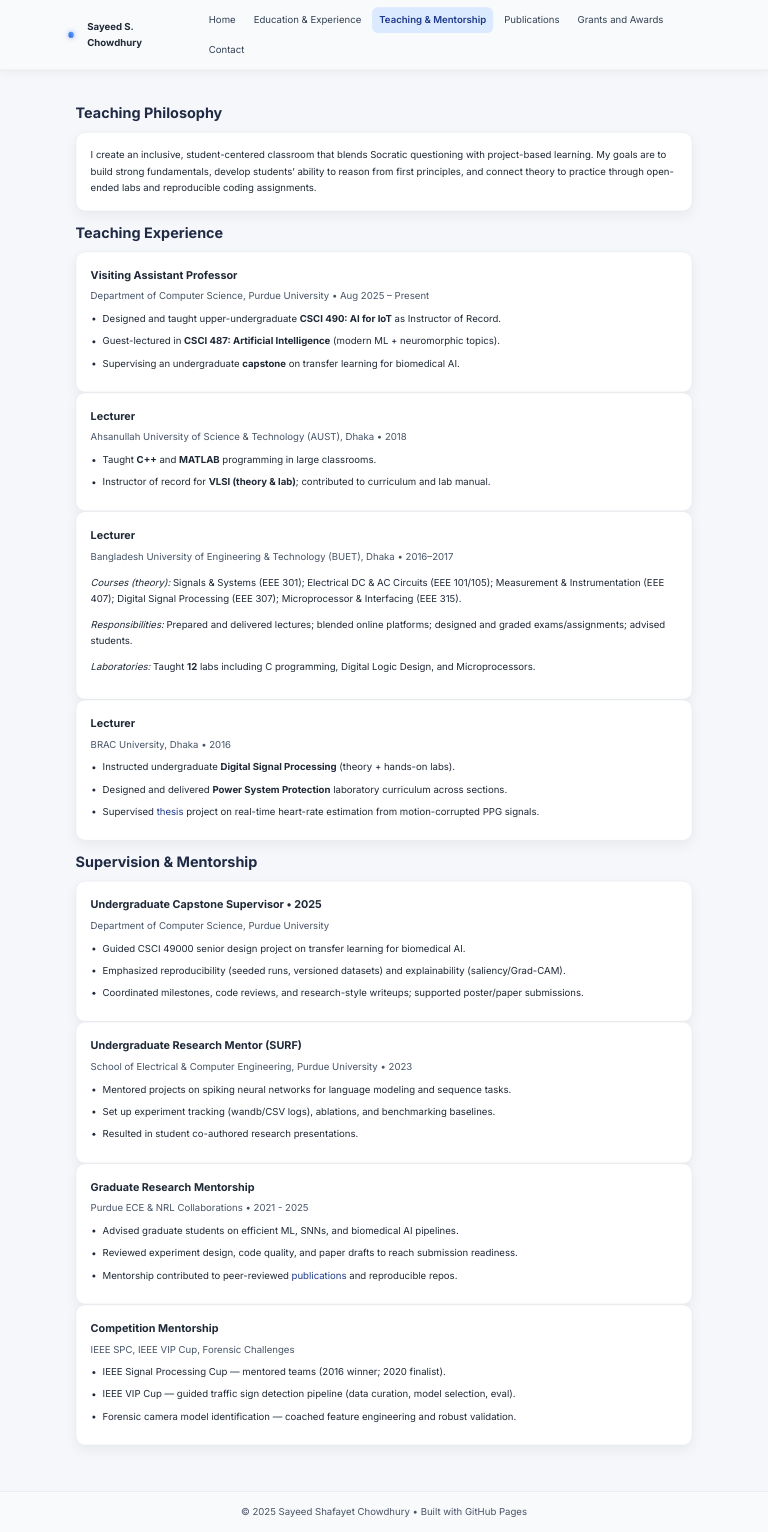
Repository: SayeedChowdhury/SayeedChowdhury.github.io
Page: teaching.html
The author's editor kept a copy of each file at every save. The page is drawn from the files as they stood at one save, then again after the next save.
The browser window is 1280 px wide. The pictures show the whole page, at 60% of full size.

Above is the page before, as saved 2025-08-13 10:54:06.

### teaching.html
<!doctype html>
<html lang="en">
<head>
  <meta charset="utf-8">
  <meta name="viewport" content="width=device-width, initial-scale=1">
  <title>Teaching & Mentorship • Sayeed S. Chowdhury</title>
  <link rel="preconnect" href="https://fonts.googleapis.com">
  <link rel="preconnect" href="https://fonts.gstatic.com" crossorigin>
  <link href="https://fonts.googleapis.com/css2?family=Inter:wght@400;600;700&display=swap" rel="stylesheet">
  <link rel="stylesheet" href="assets/style.css">
</head>
<body>
<div class="nav">
  <div class="inner container">
    <div class="brand"><span class="dot"></span> <a href="index.html" style="text-decoration:none;color:inherit;">Sayeed S. Chowdhury</a></div>
    <div style="margin-left:auto; display:flex; gap:6px; flex-wrap:wrap">
      <a href="index.html" class="">Home</a>
      <a href="edu-exp.html" class="">Education & Experience</a>
      <a href="teaching.html" class="active">Teaching & Mentorship</a>
      <!-- <a href="research.html" class="">Research</a> -->
      <a href="publications.html" class="">Publications</a>
      <a href="awards.html" class="">Grants and Awards</a>
      <a href="contact.html" class="">Contact</a>
    </div>
  </div>
</div>
<div class="container">

  <section class="section">
    <h2>Teaching Philosophy</h2>
    <div class="card">
      <p style="margin:0">
        I create an inclusive, student-centered classroom that blends Socratic questioning with project-based learning.
        My goals are to build strong fundamentals, develop students’ ability to reason from first principles, and connect
        theory to practice through open-ended labs and reproducible coding assignments.
      </p>
    </div>

    <h2>Teaching Experience</h2>

    <!-- Purdue — Visiting Assistant Professor -->
    <div class="card">
      <h3>Visiting Assistant Professor</h3>
      <div class="lead">Department of Computer Science, Purdue University • Aug&nbsp;2025 – Present</div>
      <ul class="list">
        <li>Designed and taught upper-undergraduate <strong>CSCI 490: AI for IoT</strong> as Instructor of Record.</li>
        <li>Guest-lectured in <strong>CSCI 487: Artificial Intelligence</strong> (modern ML + neuromorphic topics).</li>
        <li>Supervising an undergraduate <strong>capstone</strong> on transfer learning for biomedical AI.</li>
      </ul>
    </div>

    <!-- AUST -->
    <div class="card">
      <h3>Lecturer</h3>
      <div class="lead">Ahsanullah University of Science &amp; Technology (AUST), Dhaka • 2018</div>
      <ul class="list">
        <li>Taught <strong>C++</strong> and <strong>MATLAB</strong> programming in large classrooms.</li>
        <li>Instructor of record for <strong>VLSI (theory &amp; lab)</strong>; contributed to curriculum and lab manual.</li>
      </ul>
    </div>

    <!-- BUET -->
    <div class="card">
      <h3>Lecturer</h3>
      <div class="lead">Bangladesh University of Engineering &amp; Technology (BUET), Dhaka • 2016–2017</div>
      <p><em>Courses (theory):</em> Signals &amp; Systems (EEE 301); Electrical DC &amp; AC Circuits (EEE 101/105);
        Measurement &amp; Instrumentation (EEE 407); Digital Signal Processing (EEE 307);
        Microprocessor &amp; Interfacing (EEE 315).</p>
      <p><em>Responsibilities:</em> Prepared and delivered lectures; blended online platforms; designed and graded
        exams/assignments; advised students.</p>
      <p><em>Laboratories:</em> Taught <strong>12</strong> labs including C programming, Digital Logic Design, and Microprocessors.</p>
    </div>

    <!-- BRAC University -->
    <div class="card">
      <h3>Lecturer</h3>
      <div class="lead">BRAC University, Dhaka • 2016</div>
      <ul class="list">
        <li>Instructed undergraduate <strong>Digital Signal Processing</strong> (theory + hands-on labs).</li>
        <li>Designed and delivered <strong>Power System Protection</strong> laboratory curriculum across sections.</li>
        <li>Supervised <a href="https://dspace.bracu.ac.bd/xmlui/handle/10361/8610?show=full" target="_blank" rel="noopener">thesis</a> project on real-time heart-rate estimation from motion-corrupted PPG signals.</li>
      </ul>
    </div>

    <h2>Supervision &amp; Mentorship</h2>

    <!-- Undergraduate Capstone -->
    <div class="card">
      <h3>Undergraduate Capstone Supervisor • 2025</h3>
      <div class="lead">Department of Computer Science, Purdue University</div>
      <ul class="list">
        <li>Guided CSCI 49000 senior design project on transfer learning for biomedical AI.</li>
        <li>Emphasized reproducibility (seeded runs, versioned datasets) and explainability (saliency/Grad-CAM).</li>
        <li>Coordinated milestones, code reviews, and research-style writeups; supported poster/paper submissions.</li>
      </ul>
    </div>

    <!-- SURF Projects -->
    <div class="card">
      <h3>Undergraduate Research Mentor (SURF)</h3>
      <div class="lead">School of Electrical &amp; Computer Engineering, Purdue University • 2023</div>
      <ul class="list">
        <li>Mentored projects on spiking neural networks for language modeling and sequence tasks.</li>
        <li>Set up experiment tracking (wandb/CSV logs), ablations, and benchmarking baselines.</li>
        <li>Resulted in student co-authored research presentations.</li>
      </ul>
    </div>

    <!-- Graduate Mentorship -->
    <div class="card">
      <h3>Graduate Research Mentorship</h3>
      <div class="lead">Purdue ECE &amp; NRL Collaborations • 2021 - 2025</div>
      <ul class="list">
        <li>Advised graduate students on efficient ML, SNNs, and biomedical AI pipelines.</li>
        <li>Reviewed experiment design, code quality, and paper drafts to reach submission readiness.</li>
        <li>Mentorship contributed to peer-reviewed <a href=" https://ieeexplore.ieee.org/abstract/document/11078244" target="_blank" rel="noopener">publications</a> and reproducible repos.</li>
      </ul>
    </div>

    <!-- Competitions -->
    <div class="card">
      <h3>Competition Mentorship</h3>
      <div class="lead">IEEE SPC, IEEE VIP Cup, Forensic Challenges</div>
      <ul class="list">
        <li>IEEE Signal Processing Cup — mentored teams (2016 winner; 2020 finalist).</li>
        <li>IEEE VIP Cup — guided traffic sign detection pipeline (data curation, model selection, eval).</li>
        <li>Forensic camera model identification — coached feature engineering and robust validation.</li>
      </ul>
</div>

  </section>

</div>
<div class="footer">© 2025 Sayeed Shafayet Chowdhury • Built with GitHub Pages</div>
</body>
</html>

### assets/style.css
/* ================================
   Sayeed S. Chowdhury — style.css
   Mild light theme (no top halo)
   ================================ */

   :root{
    --bg:#f6f7fb;          /* mild light (not white) */
    --panel:#ffffff;       /* card surface */
    --panel-2:#f1f5fb;     /* subtle secondary surface */
    --ink:#1f2937;         /* main text (slate-800) */
    --muted:#475569;       /* secondary text (slate-600) */
    --navy:#1e3a8a;        /* accent for nav/links (blue-900) */
    --gold:#b58500;        /* optional accent */
    --border:#e5e7eb;      /* card/nav borders */
    --shadow:0 8px 22px rgba(0,0,0,.06);
    --radius:16px;
  }

  /* Base */
  *{ box-sizing:border-box }
  html,body{ height:100% }
  body{
    margin:0;
    color:var(--ink);
    background:var(--bg); /* removed radial gradients/halo */
    font:16px/1.7 "Inter", system-ui, -apple-system, Segoe UI, Roboto, Helvetica, Arial;
    -webkit-font-smoothing:antialiased;
    text-rendering:optimizeLegibility;
  }

  .container{ max-width:1100px; margin:0 auto; padding:24px }

  /* Top Nav */
  .nav{
    position:sticky; top:0; z-index:10;
    background:#f9fafb;                      /* solid so it’s visible */
    backdrop-filter:saturate(140%) blur(6px);
    border-bottom:1px solid var(--border);
    box-shadow:0 6px 14px rgba(0,0,0,.04);
  }
  .nav .inner{ display:flex; align-items:center; gap:16px; padding:12px 24px; }
  .nav .brand{ display:flex; align-items:center; gap:10px; font-weight:700; color:var(--ink) }
  .nav .brand .dot{ width:10px; height:10px; border-radius:50%; background:linear-gradient(45deg,#2563eb,#60a5fa); box-shadow:0 0 8px rgba(37,99,235,.5) }
  .nav a{
    color:#334155;                            /* slate-700: readable */
    text-decoration:none;
    padding:8px 12px;
    border-radius:10px;
  }
  .nav a:hover{
    color:var(--navy);
    background:#e6edf7;                       /* gentle hover pill */
  }
  .nav a.active{
    color:var(--navy);
    background:#dbeafe;                       /* visible active pill */
    font-weight:600;
  }
  .nav a:focus-visible{ outline:2px solid #93c5fd; outline-offset:2px }

  /* Hero & Layout */
  .hero{
    display:grid; grid-template-columns:1.1fr .9fr; gap:28px; align-items:stretch;
    padding:48px 24px 12px;
  }
  .row{ display:flex; gap:18px; flex-wrap:wrap; align-items:center }

  /* Cards */
  .card{
    background:var(--panel);
    border:1px solid var(--border);
    border-radius:var(--radius);
    box-shadow:var(--shadow);
    padding:24px;
  }
  .cards{ display:grid; grid-template-columns:repeat(12,1fr); gap:20px; margin-top:18px }
  .card.grid-12{ grid-column:span 12 }
  .card.grid-6{ grid-column:span 6 }
  .card.grid-4{ grid-column:span 4 }

  /* Typography */
  h1{ font-size:32px; margin:0 0 6px }         /* smaller homepage name */
  h2{ font-size:24px; margin:16px 0 10px; color:#1f2a44 }
  h3{ font-size:18px; margin:0 0 6px }
  .lead{ color:var(--muted); font-size:16px }
  .kicker{ color:var(--gold); font-weight:700; letter-spacing:.4px; text-transform:uppercase; font-size:12px }
  .page-title{ margin:8px 0 16px }
  .page-title h1{ font-size:46px; letter-spacing:.4px; margin:0; color:#1f2a44 }

  /* Lists */
  .list{ padding-left:20px; margin:0 }
  .list li{ margin:10px 0 }

  /* Headshot */
  .headshot{
    width:160px; height:160px; border-radius:50%; object-fit:cover;
    border:3px solid #eef2ff; box-shadow:0 4px 14px rgba(0,0,0,.06)
  }

  /* Badges & Pills */
  .badges{ display:flex; flex-wrap:wrap; gap:10px; margin-top:14px }
  .badge{
    background:#f1f5fb; border:1px solid #dbe4f2; color:#2b4a6a;
    padding:6px 10px; border-radius:999px; font-size:13px
  }
  .pill{
    display:inline-block; padding:5px 10px; border:1px solid var(--border);
    border-radius:999px; font-size:12px; color:var(--muted); margin-right:8px
  }

  /* Buttons */
  .cta{ display:flex; gap:12px; flex-wrap:wrap; margin-top:12px }
  .button{
    display:inline-flex; align-items:center; gap:10px;
    padding:12px 16px; border-radius:12px;
    border:1px solid #c7d2fe; background:#eef2ff; color:#1f2937;
    text-decoration:none; font-weight:600;
  }
  .button:hover{ background:#e0e7ff }
  .button.secondary{ background:#ffffff; border:1px solid #e4e8ef }

  /* Links (site-wide) */
  a{ color:#1e3a8a; text-decoration:none }
  a:hover{ color:#0f2a6e; text-decoration:underline }
  a:visited{ color:#1e3a8a } /* avoid purple on visited */

  /* Sections */
  .section{ padding:12px }
  .section .title{ display:flex; align-items:center; justify-content:space-between }

  /* Footer (visible on light) */
  .footer{
    background:#f9fafb;
    color:#475569;
    border-top:1px solid var(--border);
    text-align:center;
    padding:20px;
    margin-top:40px;
  }

  /* Forms (if any) */
  input, textarea, select{
    background:#fff; color:var(--ink); border:1px solid var(--border);
    border-radius:10px; padding:10px 12px
  }
  input:focus, textarea:focus, select:focus{
    outline:2px solid #93c5fd; outline-offset:2px
  }

  /* Responsive */
  @media (max-width: 900px){
    .hero{ grid-template-columns:1fr }
    .card.grid-6, .card.grid-4{ grid-column:span 12 }
  }

  /* Print */
  @media print{
    .nav, .footer, .cta{ display:none }
    body{ background:#ffffff; color:#111 }
    .card{ box-shadow:none; border-color:#ddd }
  }

After the next save:
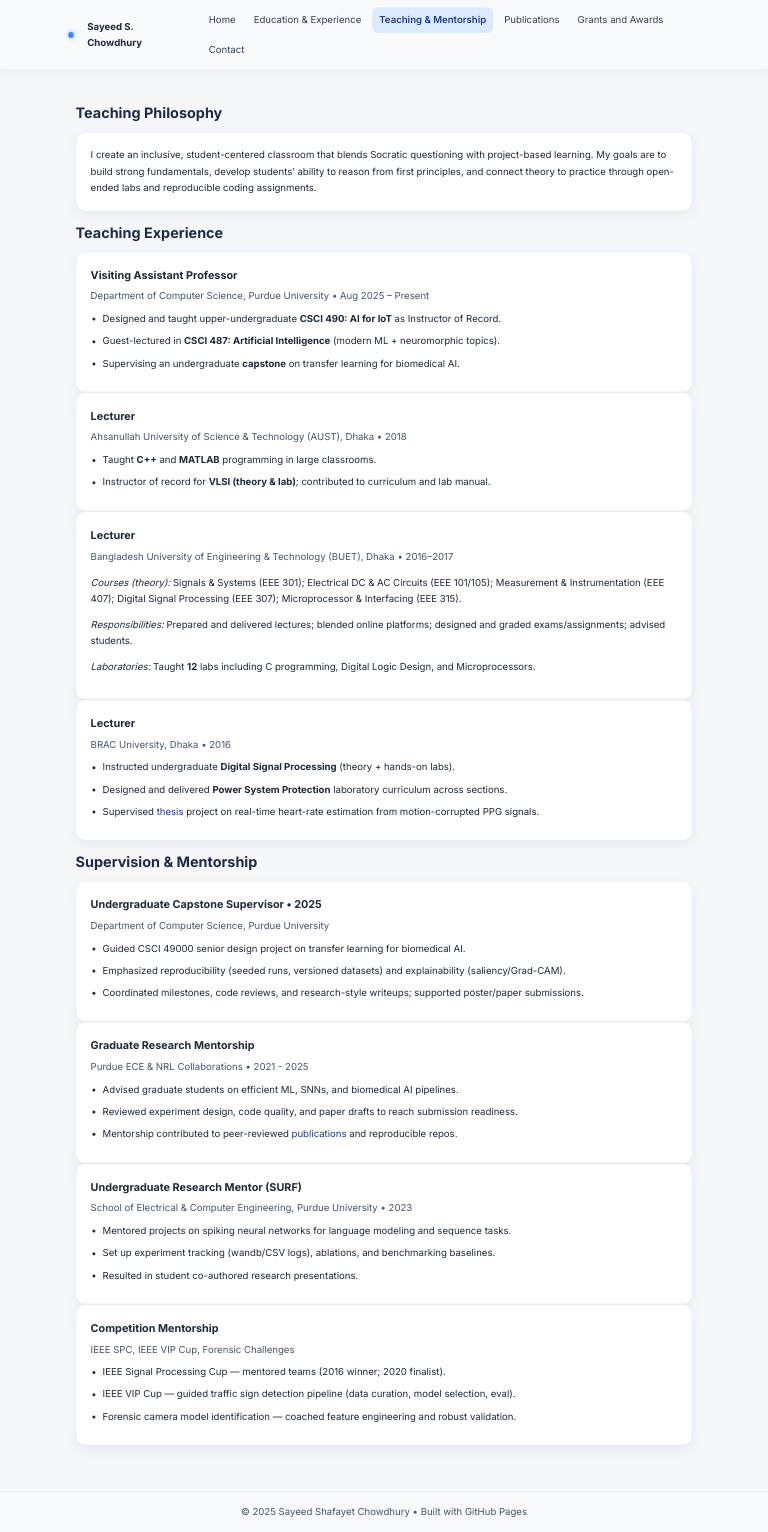
Saved 25 s later.
--- a/teaching.html
+++ b/teaching.html
@@ -95,6 +95,17 @@
       </ul>
     </div>
 
+    <!-- Graduate Mentorship -->
+    <div class="card">
+      <h3>Graduate Research Mentorship</h3>
+      <div class="lead">Purdue ECE &amp; NRL Collaborations • 2021 - 2025</div>
+      <ul class="list">
+        <li>Advised graduate students on efficient ML, SNNs, and biomedical AI pipelines.</li>
+        <li>Reviewed experiment design, code quality, and paper drafts to reach submission readiness.</li>
+        <li>Mentorship contributed to peer-reviewed <a href=" https://ieeexplore.ieee.org/abstract/document/11078244" target="_blank" rel="noopener">publications</a> and reproducible repos.</li>
+      </ul>
+    </div>
+
     <!-- SURF Projects -->
     <div class="card">
       <h3>Undergraduate Research Mentor (SURF)</h3>
@@ -106,16 +117,6 @@
       </ul>
     </div>
 
-    <!-- Graduate Mentorship -->
-    <div class="card">
-      <h3>Graduate Research Mentorship</h3>
-      <div class="lead">Purdue ECE &amp; NRL Collaborations • 2021 - 2025</div>
-      <ul class="list">
-        <li>Advised graduate students on efficient ML, SNNs, and biomedical AI pipelines.</li>
-        <li>Reviewed experiment design, code quality, and paper drafts to reach submission readiness.</li>
-        <li>Mentorship contributed to peer-reviewed <a href=" https://ieeexplore.ieee.org/abstract/document/11078244" target="_blank" rel="noopener">publications</a> and reproducible repos.</li>
-      </ul>
-    </div>
 
     <!-- Competitions -->
     <div class="card">
